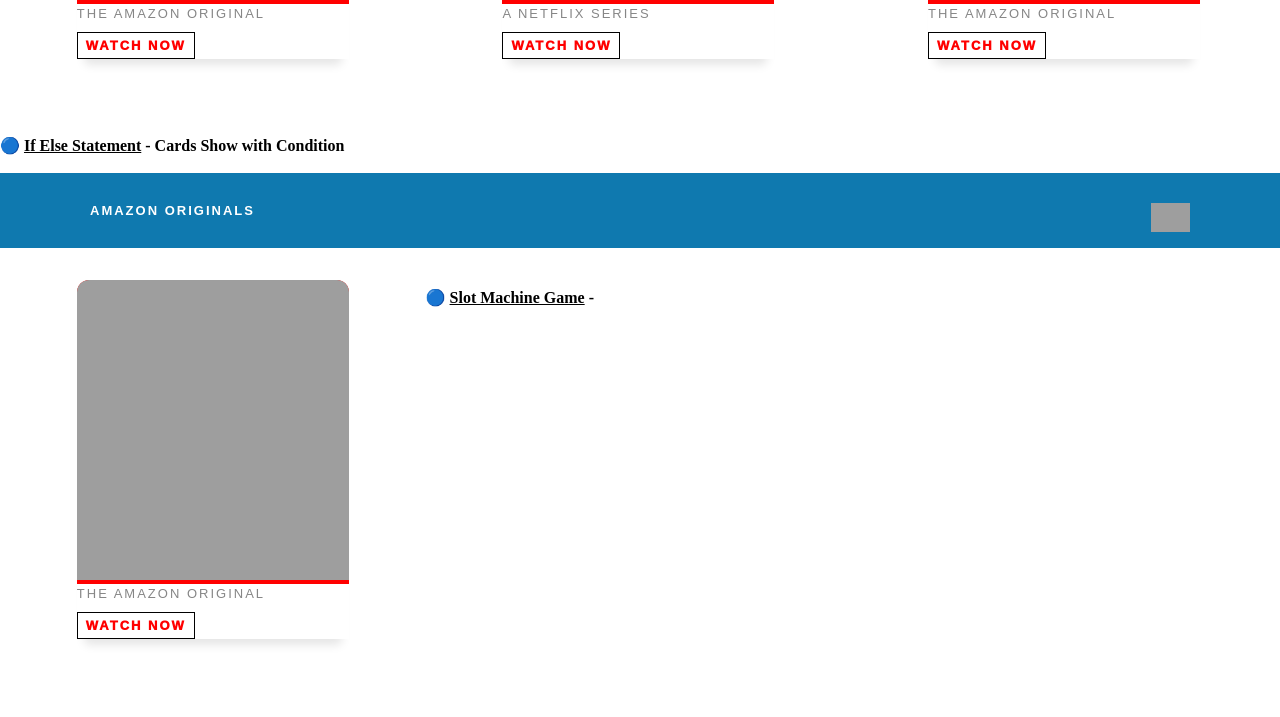
Repository: AalokJadhav/Being_ReactJS
Page: /
The author's editor kept a copy of each file at every save. The page is drawn from the files as they stood at one save, then again after the next save.
The browser window is 1280 px wide. The pictures show the part of the page from y = 2507 to 3224 px (the page is 3224 px tall).
Pictures or frames that could not be fetched are drawn as grey boxes. Some web fonts or font styles are not loaded; a fallback is used. The project was rebuilt for these pictures with package versions that can differ from the ones it lists, and the page was loaded fresh each time.

Above is the page before, as saved 2021-10-19 17:36:44.

After the next save:
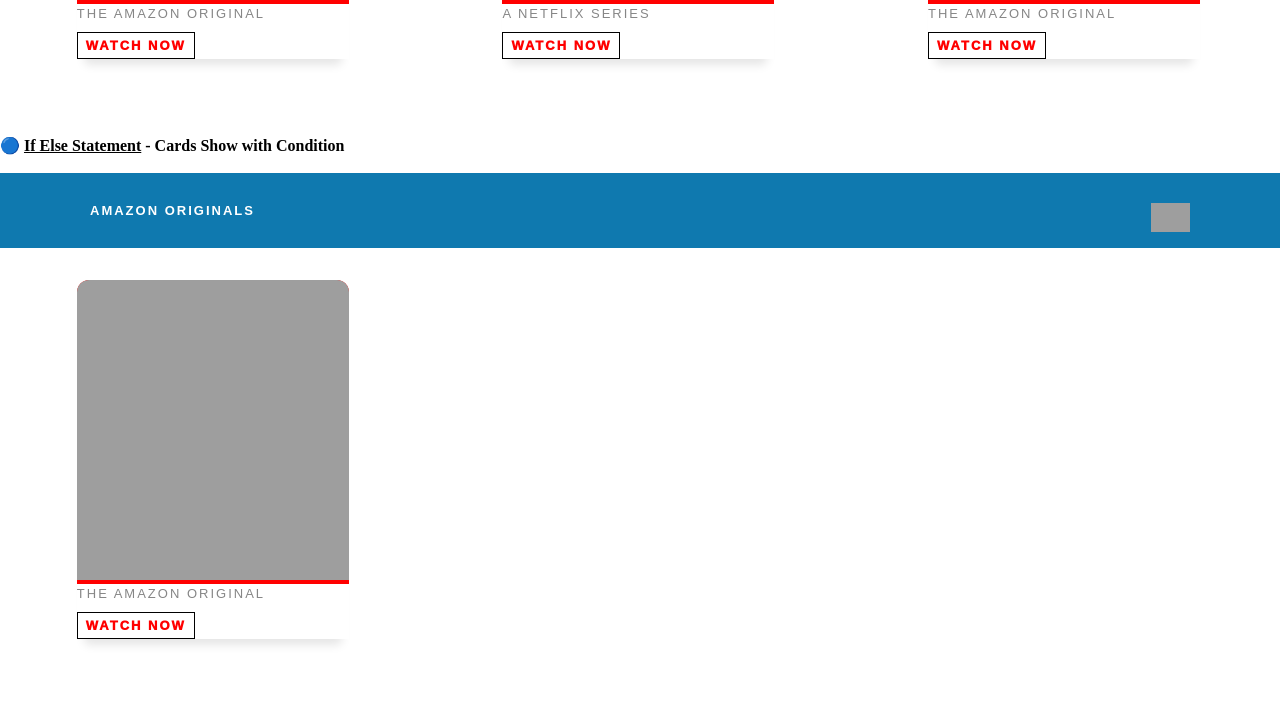
Saved 76 s later.
--- a/src/App.js
+++ b/src/App.js
@@ -11,7 +11,6 @@
 import RComponents from "./RComponents";
 import NetflixCard from "./NetflixCard";
 import IfElse from "./IfElse";
-import SlotMachine from "./SlotMechine";
 
 
 function App() {
@@ -29,7 +28,6 @@
       <RComponents />
       <NetflixCard />
       <IfElse /><br /><br /><br /><br /><br />
-      <SlotMachine />
     </>
   );
 }
--- a/src/IfElse.jsx
+++ b/src/IfElse.jsx
@@ -1,7 +1,7 @@
 import React from "react";
 import Card from "./Card";
 import Sdata from "./Sdata";
-
+import SlotMachine from "./SlotMechine";
 
 const FavSeries = 'netflix';
 
@@ -35,7 +35,10 @@
               )
 
 
+
 }
+<SlotMachine />
+
 }
 
 export default IfElse;
